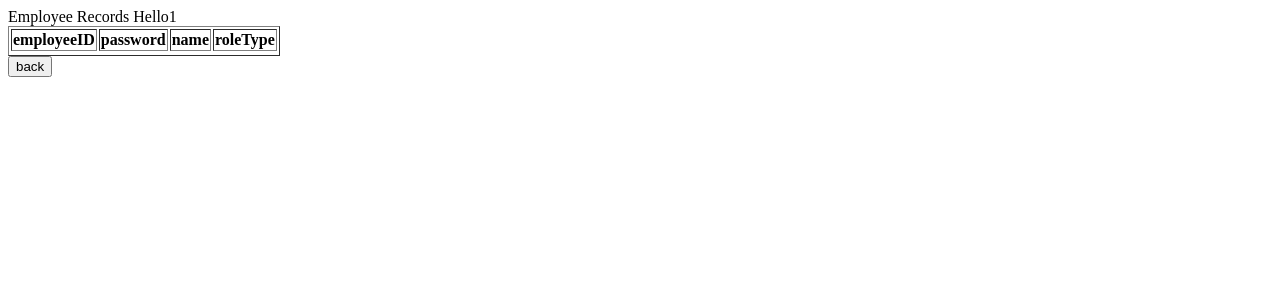
Repository: TarunSinghD/Object-Oriented-Design-Final-Project
Page: http://localhost/LeaveManagement/JSP/EmployeeRecords.jsp
The author's editor kept a copy of each file at every save. The page is drawn from the files as they stood at one save, then again after the next save.
The browser window is 1280 px wide. The pictures show the whole page.
The page is served by Tomcat 9. Nobody is signed in. The application's start-up code is not run. Queries for data that is not in the repository find no rows.

Above is the page before, as saved 2018-04-15 03:46:36.

After the next save:
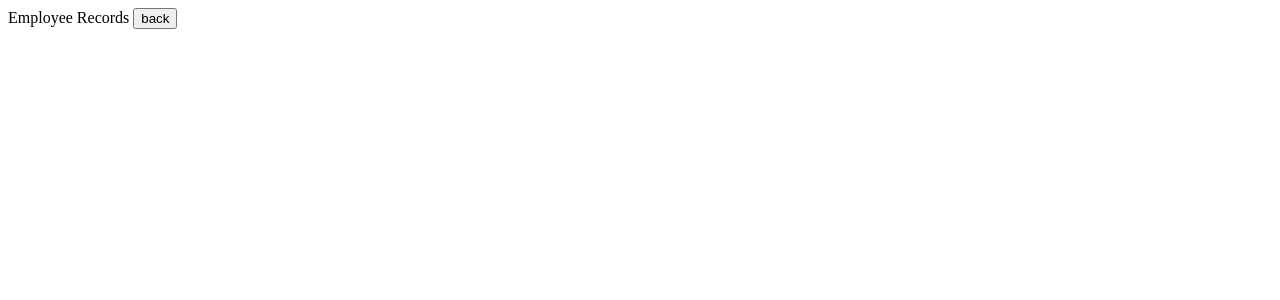
Saved 119 s later.
--- a/LeaveManagement/WebContent/JSP/EmployeeRecords.jsp
+++ b/LeaveManagement/WebContent/JSP/EmployeeRecords.jsp
@@ -13,17 +13,10 @@
 <body>
 Employee Records
 <%
-	out.println("Hello1");
 	HR hr = new HR();
-	if (hr.equals(null))
-	{
-		out.println("Hello2");
-	}
-	hr.viewEmployeeDetails();
+	ArrayList<Employee> empList = hr.viewEmployeeDetails();
 
-
-
-	//for(Employee e: empList)
+	for(Employee e: empList)
 	{
 %>
  <TABLE BORDER="1">
@@ -34,7 +27,10 @@ Employee Records
                     <TH>roleType</TH>
                 </TR>
                 <TR>
-
+                    <TD> <%=e.getEmployeeID()  %> </TD>
+                    <TD> <%= e.getPassword() %> </TD>
+                     <TD> <%= e.getName() %> </TD>
+                      <TD> <%= e.getRoleType() %> </TD>
                 </TR>
             </TABLE>
             <%
